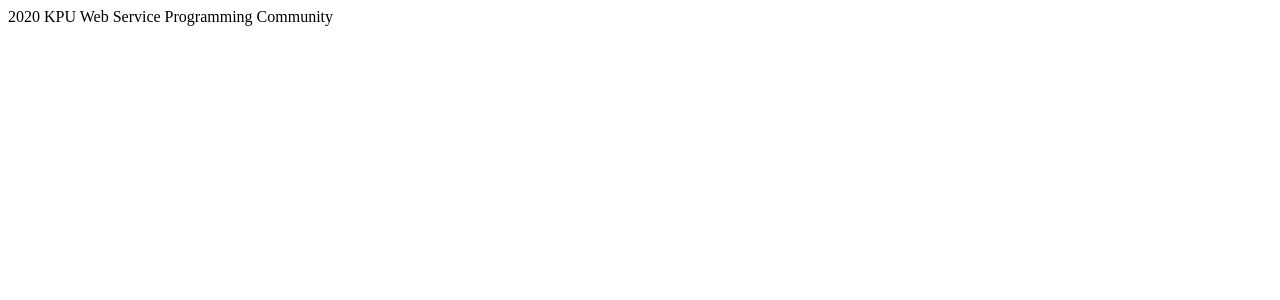
Repository: JiYoung-Kwon/WebProgramming
Page: workspace_20206R/kwonjiyoung_reg/WebContent/welcome.html
These files come from the project's save history. The page is drawn as it stood at one moment and after the next save; the edit follows.
The browser window is 1280 px wide. The pictures show the whole page.

Above is the page before, as saved 2020-09-28 17:52:50.

After the next save:
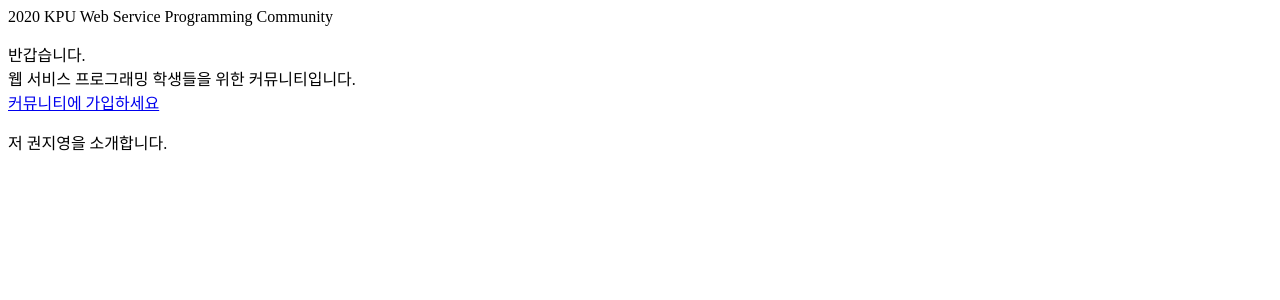
Saved 5 min 26 s later.
--- a/workspace_20206R/kwonjiyoung_reg/WebContent/welcome.html
+++ b/workspace_20206R/kwonjiyoung_reg/WebContent/welcome.html
@@ -12,5 +12,13 @@
 
 	<audio src="resources/물방울 - Tido Kang.mp3" autoplay>
 	</audio>
+
+	<p id=sect>반갑습니다. <br> 웹 서비스 프로그래밍 학생들을 위한 커뮤니티입니다. <br>
+		<a href="http://localhost:8080/task_reg/StudentServlet?cmd=join" target="_self"> 커뮤니티에 가입하세요</a>
+	</p>
+
+	<div>
+		<p> 저 권지영을 소개합니다. </p>
+	</div>
 </body>
 </html>
